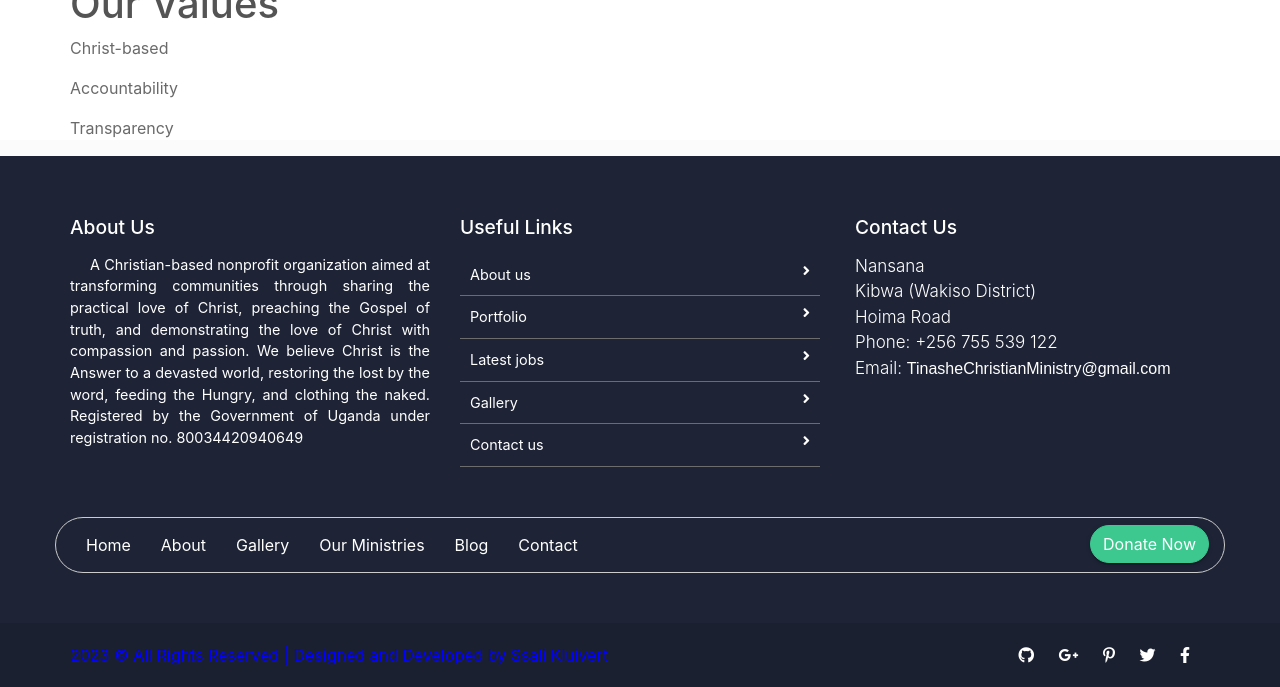
Repository: kluivert-ssali/Zziwa
Page: about_us.html
An editor plug-in stored every save of this project. The page is shown before and after the next save, followed by the edit.
The browser window is 1280 px wide. The pictures show the part of the page from y = 1556 to 2243 px (the page is 2243 px tall before and 2195 px after).
A picture or video elsewhere on the page could not be fetched, so the positions and the page height are approximate.

Above is the page before, as saved 2023-11-24 23:20:06.

### about_us.html
<!DOCTYPE html>
<html lang="en">
  <head>
    <meta charset="utf-8" />
    <link
      rel="shortcut icon"
      type="x-icon"
      sizes="64x64"
      href="./Logo/ziwaWEB2.0.svg"
    />
    <meta
      name="viewport"
      content="width=device-width, initial-scale=1, shrink-to-fit=no"
    />
    <title>TinasheChristianMinistry</title>
    <link
      rel="shortcut icon"
      href="assets/images/fav.png"
      type="image/x-icon"
    />
    <link
      href="https://fonts.googleapis.com/css2?family=Ubuntu:wght@400;500&display=swap"
      rel="stylesheet"
    />
    <link rel="shortcut icon" href="assets/images/fav.jpg" />
    <link rel="stylesheet" href="assets/css/bootstrap.min.css" />
    <link rel="stylesheet" href="assets/css/all.min.css" />
    <link rel="stylesheet" href="assets/css/animate.css" />
    <link
      rel="stylesheet"
      href="assets/plugins/slider/css/owl.carousel.min.css"
    />
    <link
      rel="stylesheet"
      href="assets/plugins/slider/css/owl.theme.default.css"
    />
    <link rel="stylesheet" type="text/css" href="assets/css/style.css" />
  </head>

  <body>
    <header class="continer-fluid">
      <div class="header-top">
        <div class="container">
          <div class="row col-det">
            <div class="col-lg-6 d-none d-lg-block">
              <ul class="ulleft">
                <li>
                  <i class="far fa-envelope"></i>
                  TinasheChristianMinistry@gmail.com
                  <span>|</span>
                </li>
                <li>
                  <i class="fas fa-phone-volume"></i>
                  +256 755 539 122
                </li>
              </ul>
            </div>
            <div class="col-lg-3 col-md-6 folouws">
              <ul class="ulright">
                <li><small>Folow Us </small>:</li>
                <li>
                  <i class="fab fa-facebook-square"></i>
                </li>
                <li>
                  <i class="fab fa-twitter-square"></i>
                </li>
                <li>
                  <i class="fab fa-instagram"></i>
                </li>
                <li>
                  <i class="fab fa-linkedin"></i>
                </li>
              </ul>
            </div>
            <div class="col-lg-3 d-none d-md-block col-md-6 btn-bhed">
              <button class="btn btn-sm btn-success">
                <a
                  href="https://flutterwave.com/donate/cqvprj4q11oa"
                  target="_blank"
                  >Donate</a
                >
              </button>
            </div>
          </div>
        </div>
      </div>
      <div id="menu-jk" class="header-bottom">
        <div class="container">
          <div class="row nav-row">
            <div class="col-lg-3 col-md-12 logo">
              <a href="index.html">
                <img src="assets/images/TCM.png" alt="" />
                <a data-toggle="collapse" data-target="#menu" href="#menu"
                  ><i class="fas d-block d-lg-none small-menu fa-bars"></i
                ></a>
              </a>
            </div>
            <div id="menu" class="col-lg-9 col-md-12 d-none d-lg-block nav-col">
              <ul class="navbad">
                <li class="nav-item active">
                  <a class="nav-link" href="index.html">Home </a>
                </li>
                <li class="nav-item">
                  <a class="nav-link" href="about_us.html">About Us</a>
                </li>
                <li class="nav-item">
                  <a class="nav-link" href="services.html">Our Ministries</a>
                </li>

                <li class="nav-item">
                  <a class="nav-link" href="gallery.html">Gallery</a>
                </li>

                <li class="nav-item">
                  <a class="nav-link" href="blog.html">Blog</a>
                </li>
                <li class="nav-item">
                  <a class="nav-link" href="contact_us.html">Contact US</a>
                </li>
              </ul>
            </div>
          </div>
        </div>
      </div>
    </header>

    <!--  ************************* Page Title Starts Here ************************** -->

    <!--  ************************* About Us Starts Here ************************** -->

    <div class="about-us container-fluid">
      <div class="container">
        <div class="row natur-row no-margin w-100">
          <div class="text-part col-md-6">
            <h2>About Our Charity</h2>
            <p>
              A Christian-based nonprofit organization aimed at transforming
              communities through sharing the practical love of Christ,
              preaching the Gospel of truth, and demonstrating the love of
              Christ with compassion and passion. We believe Christ is the
              Answer to a devasted world, restoring the lost by the word,
              feeding the Hungry, and clothing the naked. Registered by the
              Government of Uganda under registration no. 80034420940649
            </p>
          </div>
          <div class="image-part col-md-6">
            <div class="about-quick-box row">
              <div class="col-md-6">
                <div class="about-qcard">
                  <i class="fas fa-user"></i>
                  <p>Becom a Volunteer</p>
                </div>
              </div>
              <div class="col-md-6">
                <div class="about-qcard">
                  <i class="fas fa-search-dollar red"></i>
                  <p>Quick Fundrais</p>
                </div>
              </div>
              <div class="col-md-6">
                <div class="about-qcard">
                  <i class="fas fa-donate yell"></i>
                  <p>Giv Donation</p>
                </div>
              </div>
              <div class="col-md-6">
                <div class="about-qcard">
                  <i class="fas fa-hands-helping blu"></i>
                  <p>Help Someone</p>
                </div>
              </div>
            </div>
          </div>
        </div>
      </div>
    </div>

    <!-- ################# Mission Vision Start Here #######################--->

    <section class="container-fluid mission-vision">
      <div class="container">
        <div class="row mission">
          <div class="col-md-6 mv-det">
            <h1>Our Mission</h1>
            <p>
              Sharing the transforming Love of Christ through meeting the needs
              of the Society Holistically, bearing the fruits of Love that
              Remain by going into the world and drawing the world to Christ
              through LOVE AND COMPASSION.
            </p>
          </div>
          <div class="col-md-6 mv-img">
            <img src="assets/images/misin.jpg" alt="" />
          </div>
        </div>
        <div class="row vision">
          <div class="col-md-6 mv-img">
            <img src="assets/images/vision.jpg" alt="" />
          </div>
          <div class="col-md-6 mv-det">
            <h1>Our Vision</h1>
            <p>
              Fulfilling the Great Commission with compassion and passion
              through meeting the physical , spiritual and psychological needs
              of the vulnerable! Matthew 9:36- (When he saw the crowds, he had
              compassion on them…) Serve with compassion -Matthew 9:36
            </p>
          </div>
        </div>
        <div>
          <h1>Our Values</h1>
          <ol>
            Christ-based
          </ol>
          <ol>
            Accountability
          </ol>
          <ol>
            Transparency
          </ol>
        </div>
      </div>
    </section>

    <!--  ************************* Footer Starts Here ************************** -->

    <footer class="footer">
      <div class="container">
        <div class="row">
          <div class="col-md-4 col-sm-12">
            <h2>About Us</h2>
            <p>
              A Christian-based nonprofit organization aimed at transforming
              communities through sharing the practical love of Christ,
              preaching the Gospel of truth, and demonstrating the love of
              Christ with compassion and passion. We believe Christ is the
              Answer to a devasted world, restoring the lost by the word,
              feeding the Hungry, and clothing the naked. Registered by the
              Government of Uganda under registration no. 80034420940649
            </p>
          </div>
          <div class="col-md-4 col-sm-12">
            <h2>Useful Links</h2>
            <ul class="list-unstyled link-list">
              <li>
                <a ui-sref="about" href="#/about">About us</a
                ><i class="fa fa-angle-right"></i>
              </li>
              <li>
                <a ui-sref="portfolio" href="#/portfolio">Portfolio</a
                ><i class="fa fa-angle-right"></i>
              </li>
              <li>
                <a ui-sref="products" href="#/products">Latest jobs</a
                ><i class="fa fa-angle-right"></i>
              </li>
              <li>
                <a ui-sref="gallery" href="#/gallery">Gallery</a
                ><i class="fa fa-angle-right"></i>
              </li>
              <li>
                <a ui-sref="contact" href="#/contact">Contact us</a
                ><i class="fa fa-angle-right"></i>
              </li>
            </ul>
          </div>
          <div class="col-md-4 col-sm-12 map-img">
            <h2>Contact Us</h2>
            <address class="md-margin-bottom-40">
              Nansana <br />
              Kibwa (Wakiso District) <br />
              Hoima Road <br />
              Phone: +256 755 539 122 <br />
              Email:
              <a href="TinasheChristianMinistry@gmail.com " class=""
                >TinasheChristianMinistry@gmail.com </a
              ><br />
            </address>
          </div>
        </div>

        <div class="nav-box row clearfix">
          <div class="inner col-md-9 clearfix">
            <ul class="footer-nav clearfix">
              <li><a href="#">Home</a></li>
              <li><a href="#">About</a></li>
              <li><a href="#">Gallery</a></li>
              <li><a href="#">Our Ministries</a></li>
              <li><a href="#">Blog</a></li>
              <li><a href="#">Contact</a></li>
            </ul>
          </div>
          <div class="donate-link col-md-3">
            <a
              href="https://flutterwave.com/donate/cqvprj4q11oa"
              target="_blank"
              class="btn btn-primary"
              ><span class="btn-title">Donate Now</span></a
            >
          </div>
        </div>
      </div>
    </footer>
    <div class="copy">
      <div class="container">
        <a
          href="https://kluivertssali.netlify.app"
          target="_blank"
          style="color: blue"
          >2023 &copy; All Rights Reserved | Designed and Developed by Ssali
          Kluivert</a
        >

        <span>
          <a><i class="fab fa-github"></i></a>
          <a><i class="fab fa-google-plus-g"></i></a>
          <a><i class="fab fa-pinterest-p"></i></a>
          <a><i class="fab fa-twitter"></i></a>
          <a><i class="fab fa-facebook-f"></i></a>
        </span>
      </div>
    </div>
  </body>

  <script src="assets/js/jquery-3.2.1.min.js"></script>
  <script src="assets/js/popper.min.js"></script>
  <script src="assets/js/bootstrap.min.js"></script>
  <script src="assets/plugins/scroll-fixed/jquery-scrolltofixed-min.js"></script>
  <script src="assets/plugins/slider/js/owl.carousel.min.js"></script>
  <script src="assets/js/script.js"></script>
</html>

Loaded but not shown: assets/css/bootstrap.min.css (library); assets/css/all.min.css (library); assets/css/animate.css (library); assets/plugins/slider/css/owl.carousel.min.css (library); assets/plugins/slider/css/owl.theme.default.css (common file); assets/js/jquery-3.2.1.min.js (library); assets/js/popper.min.js (library); assets/js/bootstrap.min.js (library); assets/plugins/scroll-fixed/jquery-scrolltofixed-min.js (library); assets/plugins/slider/js/owl.carousel.min.js (library); assets/js/script.js (69 lines, source omitted); assets/css/style.css (795 lines, source omitted)

After the next save:
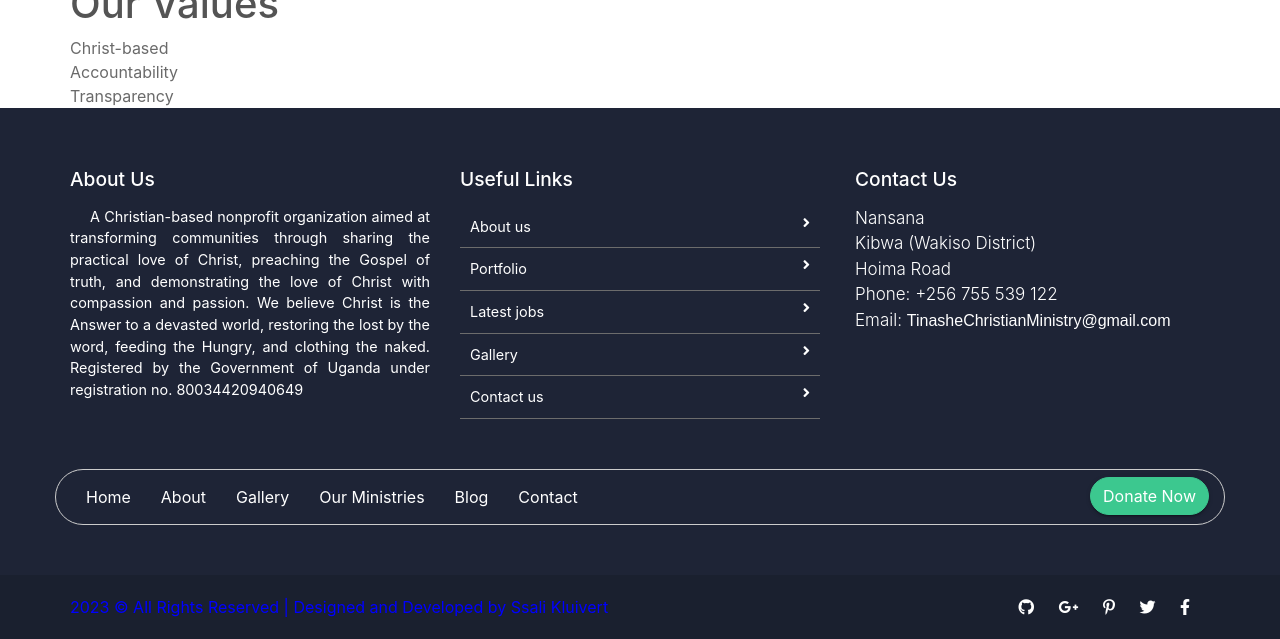
Saved 20 s later.
--- a/about_us.html
+++ b/about_us.html
@@ -209,15 +209,15 @@
         </div>
         <div>
           <h1>Our Values</h1>
-          <ol>
+          <ul>
             Christ-based
-          </ol>
-          <ol>
+          </ul>
+          <ul>
             Accountability
-          </ol>
-          <ol>
+          </ul>
+          <ul>
             Transparency
-          </ol>
+          </ul>
         </div>
       </div>
     </section>
